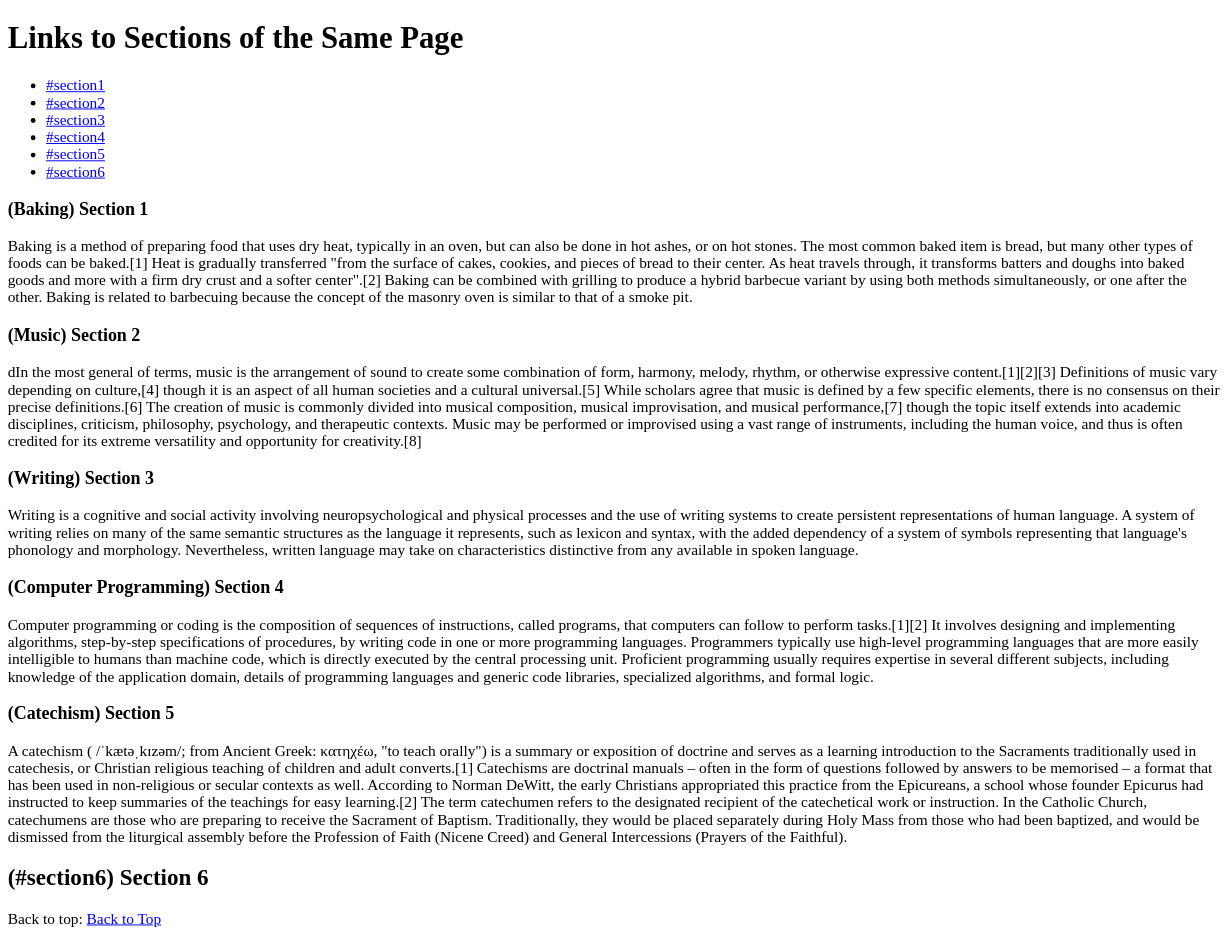
Repository: Koniya/my-coding-practices
Page: links-same page.html
An editor plug-in stored every save of this project. The page is shown before and after the next save, followed by the edit.
The browser window is 1280 px wide. The pictures show the whole page, at 96% of full size.

Above is the page before, as saved 2024-01-27 17:22:50.

After the next save:
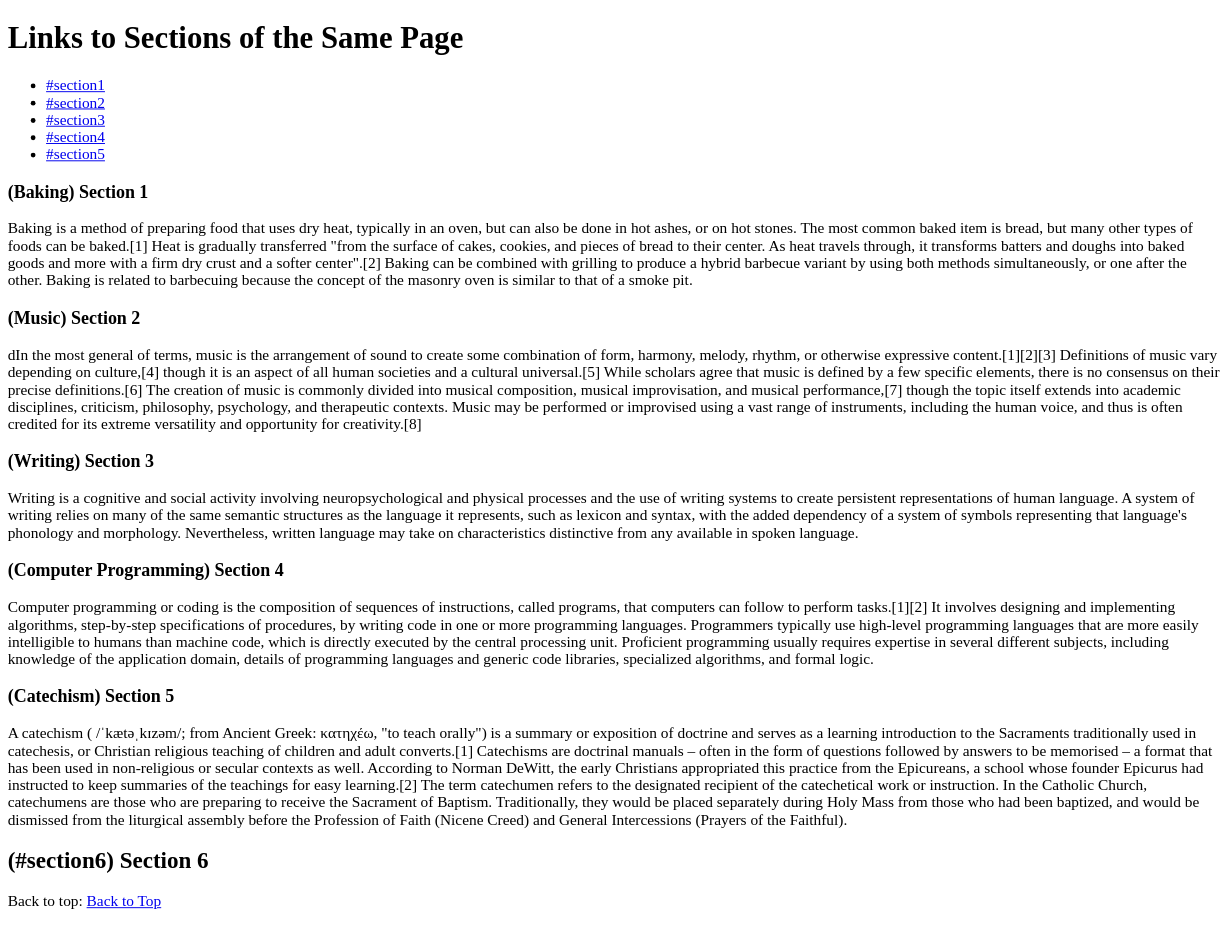
Saved 8 min 8 s later.
--- a/links-same page.html
+++ b/links-same page.html
@@ -14,7 +14,7 @@
             <li><a href="#section3">#section3</a></li>
             <li><a href="#section4">#section4</a></li>
             <li><a href="#section5">#section5</a></li>
-            <li><a href="#section6">#section6</a></li>
+
         </ul>
     </section>
 

After the save that followed:
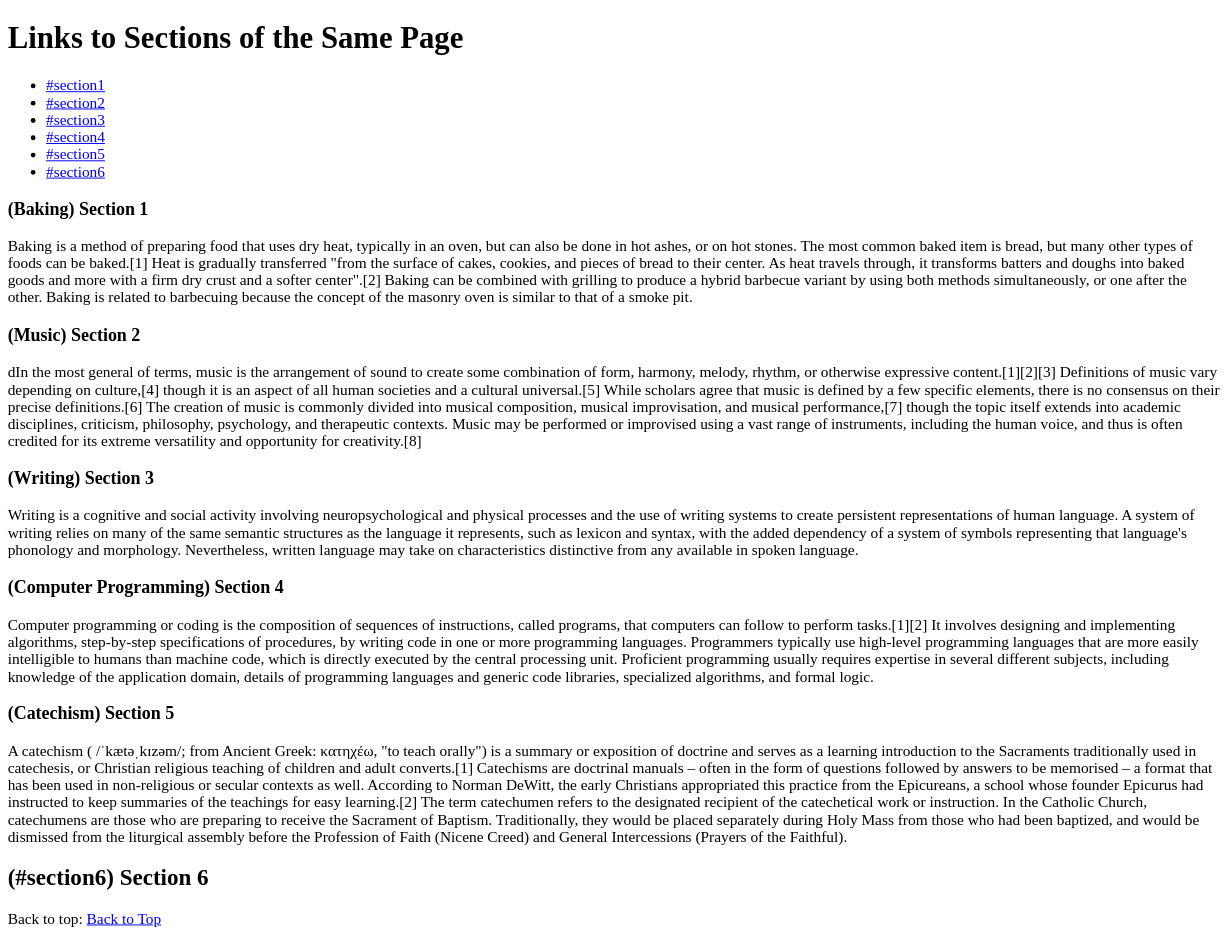
Saved 15 s later.
--- a/links-same page.html
+++ b/links-same page.html
@@ -14,7 +14,7 @@
             <li><a href="#section3">#section3</a></li>
             <li><a href="#section4">#section4</a></li>
             <li><a href="#section5">#section5</a></li>
-
+            <li><a href="#section6">#section6</a></li>
         </ul>
     </section>
 
